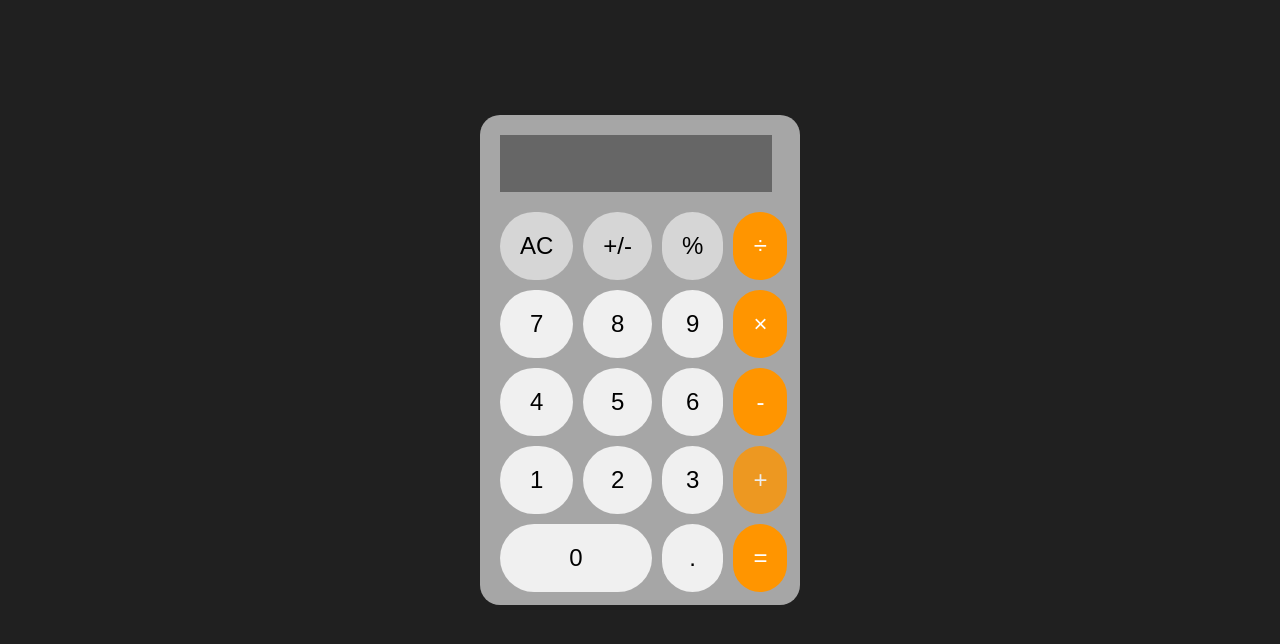
Repository: Tobby004/calculator
Page: index.html
An editor plug-in stored every save of this project. The page is shown before and after the next save, followed by the edit.
The browser window is 1280 px wide. The pictures show the whole page.
The pointer rests on the first visible `button.add`.

Above is the page before, as saved 2023-07-19 02:48:43.

After the next save:
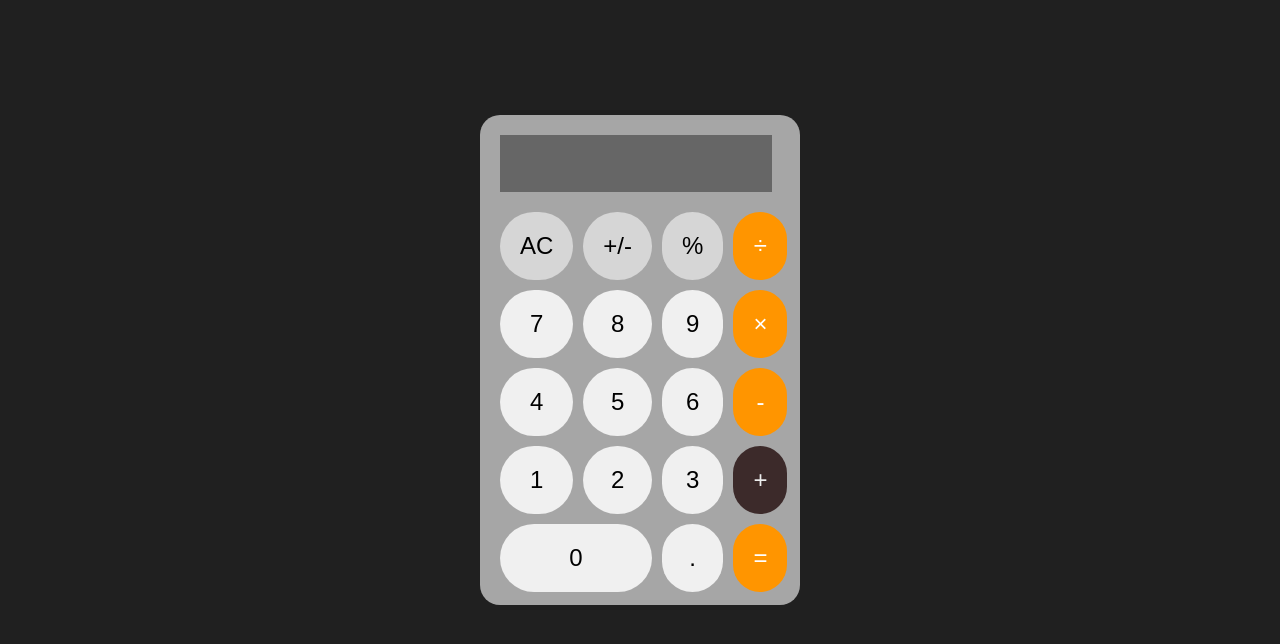
Saved 7 min 12 s later.
--- a/style.css
+++ b/style.css
@@ -60,6 +60,10 @@ button.add, button.sub, button.mul, button.div, button.eq {
     background-color: #ff9500;
     color: white;
 }
+button.add:hover, button.sub:hover, button.mul:hover, button.div:hover, button.eq:hover {
+    background-color: rgb(34, 12, 12);
+}
+
 
 button.zero {
     grid-column: span 2;
